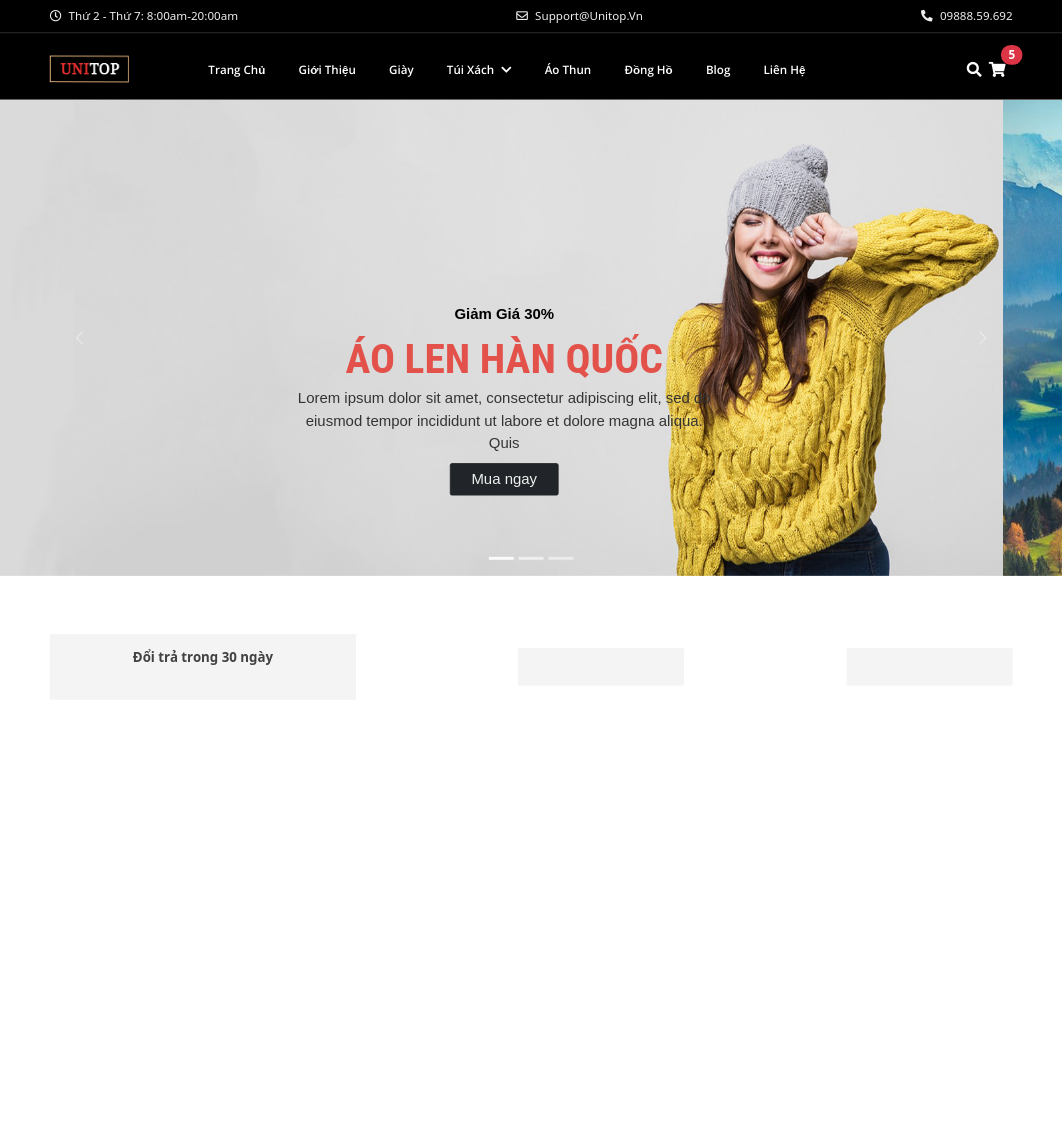
Repository: vinhtk0209/clothes-shop
Page: index.html
The author's editor kept a copy of each file at every save. The page is drawn from the files as they stood at one save, then again after the next save.
The browser window is 1280 px wide. The pictures show the whole page, at 83% of full size.

Above is the page before, as saved 2021-10-04 17:17:42.

### index.html
<!DOCTYPE html>
<html lang="en">
  <head>
    <meta charset="UTF-8" />
    <meta http-equiv="X-UA-Compatible" content="IE=edge" />
    <meta name="viewport" content="width=device-width, initial-scale=1.0" />
    <title>UNI-SHOP</title>
    <link rel="stylesheet" href="assets/css/reset.css" />
    <link rel="stylesheet" href="assets/fontawesome/css/all.css" />
    <link rel="stylesheet" href=" assets/boostrap/css/bootstrap.min.css" />
    <link rel="preconnect" href="https://fonts.googleapis.com" />
    <link rel="preconnect" href="https://fonts.gstatic.com" crossorigin />
    <link
      href="https://fonts.googleapis.com/css2?family=Open+Sans:wght@400;600;700&display=swap"
      rel="stylesheet"
    />
    <script src="assets/js/jquery.min.js"></script>
    <link rel="stylesheet" href="assets/css/main.css" />
  </head>
  <body>
    <div id="wrapper">
      <div id="header">

          <div class="header-info">
            <div class="container-1160">
            <ul
              class="
                list-info list-unstyled
                d-flex
                justify-content-between
                align-items-center
              "
            >
              <li>
                <p class="header-descr time-contact">
                  <span class="icon-time">
                    <!-- icon time -->
                    <i class="far fa-clock"></i>
                  </span>
                  <span class="descr-time ps-2 descr"
                    >thứ 2 - thứ 7: 8:00am-20:00am</span
                  >
                </p>
              </li>
              <li>
                <p class="header-descr email-contact">
                  <span class="icon-email">
                    <!-- icon email -->
                    <i class="far fa-envelope"></i>
                  </span>
                  <span class="descr-email ps-2 descr"> support@unitop.vn </span>
                </p>
              </li>
              <li>
                <p class="header-descr phone-number">
                  <span class="icon-phone">
                    <!-- icon phone -->
                    <i class="fas fa-phone-alt"></i>
                  </span>
                  <span class="descr-phone ps-2 descr"> 09888.59.692 </span>
                </p>
              </li>
            </ul>
          </div>
          </div>
          <!-- END HEADER-INFO -->
          <div
            class="header-menu d-flex align-items-center container-1160"

          >

            <div class="header-menu-logo mr-95">
              <a href="" class="logo-link">
                <img src="assets/images/logo.png" alt="logo" />
              </a>
            </div>
            <div class="header-menu-list ">
              <ul
                class="
                  list-menu
                  d-flex

                  align-items-center list-unstyled
                "
              >
                <li>
                  <a href="" class="list-name text-decoration-none">Trang chủ</a>
                </li>
                <li>
                  <a href="" class="list-name text-decoration-none">Giới thiệu</a>
                </li>
                <li>
                  <a href="" class="list-name text-decoration-none">Giày</a>
                </li>
                <li class="position-relative list-product">
                  <a href="" class="list-name text-decoration-none "
                    >Túi xách
                    <span class="icon-arrow-down ps-2">
                      <!-- icon arrow down -->
                      <i class="fas fa-chevron-down"></i>
                    </span></a
                  >

                  <ul class="sub-menu list-unstyled position-absolute  bg-submenu ">

                    <li>
                      <a href="" class="text-decoration-none color-submenu ">
                        túi xách tay nữ
                      </a>
                    </li>
                    <li>
                      <a href="" class="text-decoration-none  color-submenu">
                        túi đeo chéo nữ
                      </a>
                    </li>
                    <li>
                      <a href="" class="text-decoration-none color-submenu">
                        túi bản to
                      </a>
                    </li>
                    <li>
                      <a href="" class="text-decoration-none color-submenu">
                        túi đeo vai
                      </a>
                    </li>
                  </ul>
                </li>
                <li>
                  <a href="" class="list-name text-decoration-none">áo thun</a>
                </li>
                <li>
                  <a href="" class="list-name text-decoration-none">đồng hồ</a>
                </li>
                <li>
                  <a href="" class="list-name text-decoration-none">blog</a>
                </li>
                <li>
                  <a href="" class="list-name text-decoration-none">liên hệ</a>
                </li>
              </ul>
            </div>
            <!-- END MENU-LIST -->
            <div
              class="
                header-menu-function
                d-flex
                justify-content-between
                align-items-center
                ms-auto
              "
            >
              <div class="icon-search text-white ">
                <span class="search fs-18">
                  <!-- icon search -->
                  <span><i class="fas fa-search"></i></span>
                </span>
              </div>
              <div class="icon-cart">
                <a
                  href=""
                  class="btn text-white position-relative"
                >
                  <span class="fs-18">
                    <!-- icon cart  -->
                    <i class="fas fa-shopping-cart"></i>
                  </span>
                  <span
                    class="
                      position-absolute
                      top-0
                      start-100
                      translate-middle
                      badge
                      rounded-pill
                      bg-danger
                      fs-14
                    "
                  >
                    5
                  </span>
                </a>
              </div>
            </div>
          </div>
          <!-- END HEADER MENU -->
        </div>
      </div>
      <div id="slide" class="slide">
        <div id="carouselExampleIndicators" class="carousel slide" data-bs-ride="carousel">
          <div class="carousel-indicators">
            <button type="button" data-bs-target="#carouselExampleIndicators" data-bs-slide-to="0" class="active bg-btn-slide" aria-current="true" aria-label="Slide 1"></button>
            <button type="button" data-bs-target="#carouselExampleIndicators" data-bs-slide-to="1" aria-label="Slide 2 "
            class="bg-btn-slide"></button>
            <button type="button" data-bs-target="#carouselExampleIndicators" data-bs-slide-to="2" aria-label="Slide 3"
            class="bg-btn-slide"></button>
          </div>
          <div class="carousel-inner">
            <div class="carousel-item active">
              <img src="assets/images/slide-1.png" class="d-block w-100" alt="...">
            </div>
            <div class="carousel-item">
              <img src="assets/images/slide-2.jpg" class="d-block w-100" alt="...">
            </div>
            <div class="carousel-item">
              <img src="assets/images/slide-3.png" class="d-block w-100" alt="...">
            </div>
          </div>
          <button class="carousel-control-prev" type="button" data-bs-target="#carouselExampleIndicators" data-bs-slide="prev">
            <span class="carousel-control-prev-icon" aria-hidden="true"></span>
            <span class="visually-hidden">Previous</span>
          </button>
          <button class="carousel-control-next" type="button" data-bs-target="#carouselExampleIndicators" data-bs-slide="next">
            <span class="carousel-control-next-icon" aria-hidden="true"></span>
            <span class="visually-hidden">Next</span>
          </button>
        </div>
        <!-- CARD INFO -->
          <div class="card-img-overlay card-descr text-center">
            <p class="discount fs-18 fw-bold color-p-card-discount">Giảm Giá 30%</p>
            <h4 class="product-name fw-bold">
              ÁO LEN HÀN QUỐC
            </h4>
            <p class="descr fs-18 color-p-card-descr fw-regular   ">
              Lorem ipsum dolor sit amet, consectetur adipiscing elit, sed do eiusmod tempor incididunt ut labore et dolore magna aliqua. Quis
            </p>
            <button type="button" class="btn btn-dark btn-buynow fs-18 text-button fw-regular pd-btn">Mua ngay</button>
          </div>
      </div>
      <!-- END SLIDE -->
      <div id="special-offer " class="special-offer">
        <div class="container-1160 d-flex justify-content-between align-items-center">
          <div class="return-time box-offer">
            <span class="icon-return-time d-block">
              <!-- icon return  -->
            </span>
            <p class="special__offer--descr ">
              Đổi trả trong 30 ngày
            </p>
          </div>
          <!-- END RETURN TIME -->
          <div class="special__offer--support-phone box-offer">

          </div>
          <!-- END SUPPORT PHONE -->
          <div class="special__offer--freeship box-offer">

          </div>
          <!-- END FREESHIP -->
        </div>
      </div>
      <!-- END SPECIAL OFFER -->
      <!-- END HEADER -->
      <div id="content">

      </div>
      <!-- END CONTENT -->
      <div id="footer"></div>
      <!-- END FOOTER -->
    </div>
    <!-- END WRAPPER -->
    <script src="assets/js/bootstrap.bundle.min.js"></script>
    <script src="assets/js/popper.min.js"></script>
  </body>
</html>

### assets/css/reset.css
/*
 * Bootstrap Reboot v4.3.1 (https://getbootstrap.com/)
 * Copyright 2011-2019 The Bootstrap Authors
 * Copyright 2011-2019 Twitter, Inc.
 * Licensed under MIT (https://github.com/twbs/bootstrap/blob/master/LICENSE)
 * Forked from Normalize.css, licensed MIT (https://github.com/necolas/normalize.css/blob/master/LICENSE.md)
 */

*,
*::before,
*::after {
    box-sizing: border-box;
}

html {
    font-family: sans-serif;
    line-height: 1.15;
    -webkit-text-size-adjust: 100%;
    -webkit-tap-highlight-color: rgba(0, 0, 0, 0);
}

article,
aside,
figcaption,
figure,
footer,
header,
hgroup,
main,
nav,
section {
    display: block;
}

body {
    margin: 0;
    font-family: -apple-system, BlinkMacSystemFont, "Segoe UI", Roboto, "Helvetica Neue", Arial, "Noto Sans", sans-serif, "Apple Color Emoji", "Segoe UI Emoji", "Segoe UI Symbol", "Noto Color Emoji";
    font-size: 1rem;
    font-weight: 400;
    line-height: 1.5;
    color: #212529;
    text-align: left;
    background-color: #fff;
}

[tabindex="-1"]:focus {
    outline: 0 !important;
}

hr {
    box-sizing: content-box;
    height: 0;
    overflow: visible;
}

h1,
h2,
h3,
h4,
h5,
h6 {
    margin-top: 0;
    margin-bottom: 0.5rem;
}

p {
    margin-top: 0;
    margin-bottom: 1rem;
}

abbr[title],
abbr[data-original-title] {
    text-decoration: underline;
    -webkit-text-decoration: underline dotted;
    text-decoration: underline dotted;
    cursor: help;
    border-bottom: 0;
    -webkit-text-decoration-skip-ink: none;
    text-decoration-skip-ink: none;
}

address {
    margin-bottom: 1rem;
    font-style: normal;
    line-height: inherit;
}

ol,
ul,
dl {
    margin-top: 0;
    margin-bottom: 1rem;
}

ol ol,
ul ul,
ol ul,
ul ol {
    margin-bottom: 0;
}

dt {
    font-weight: 700;
}

dd {
    margin-bottom: .5rem;
    margin-left: 0;
}

blockquote {
    margin: 0 0 1rem;
}

b,
strong {
    font-weight: bolder;
}

small {
    font-size: 80%;
}

sub,
sup {
    position: relative;
    font-size: 75%;
    line-height: 0;
    vertical-align: baseline;
}

sub {
    bottom: -.25em;
}

sup {
    top: -.5em;
}

a {
    color: #007bff;
    text-decoration: none;
    background-color: transparent;
}

a:hover {
    color: #0056b3;
    text-decoration: underline;
}

a:not([href]):not([tabindex]) {
    color: inherit;
    text-decoration: none;
}

a:not([href]):not([tabindex]):hover,
a:not([href]):not([tabindex]):focus {
    color: inherit;
    text-decoration: none;
}

a:not([href]):not([tabindex]):focus {
    outline: 0;
}

pre,
code,
kbd,
samp {
    font-family: SFMono-Regular, Menlo, Monaco, Consolas, "Liberation Mono", "Courier New", monospace;
    font-size: 1em;
}

pre {
    margin-top: 0;
    margin-bottom: 1rem;
    overflow: auto;
}

figure {
    margin: 0 0 1rem;
}

img {
    vertical-align: middle;
    border-style: none;
}

svg {
    overflow: hidden;
    vertical-align: middle;
}

table {
    border-collapse: collapse;
}

caption {
    padding-top: 0.75rem;
    padding-bottom: 0.75rem;
    color: #6c757d;
    text-align: left;
    caption-side: bottom;
}

th {
    text-align: inherit;
}

label {
    display: inline-block;
    margin-bottom: 0.5rem;
}

button {
    border-radius: 0;
}

button:focus {
    outline: 1px dotted;
    outline: 5px auto -webkit-focus-ring-color;
}

input,
button,
select,
optgroup,
textarea {
    margin: 0;
    font-family: inherit;
    font-size: inherit;
    line-height: inherit;
}

button,
input {
    overflow: visible;
}

button,
select {
    text-transform: none;
}

select {
    word-wrap: normal;
}

button,
[type="button"],
[type="reset"],
[type="submit"] {
    -webkit-appearance: button;
}

button:not(:disabled),
[type="button"]:not(:disabled),
[type="reset"]:not(:disabled),
[type="submit"]:not(:disabled) {
    cursor: pointer;
}

button::-moz-focus-inner,
[type="button"]::-moz-focus-inner,
[type="reset"]::-moz-focus-inner,
[type="submit"]::-moz-focus-inner {
    padding: 0;
    border-style: none;
}

input[type="radio"],
input[type="checkbox"] {
    box-sizing: border-box;
    padding: 0;
}

input[type="date"],
input[type="time"],
input[type="datetime-local"],
input[type="month"] {
    -webkit-appearance: listbox;
}

textarea {
    overflow: auto;
    resize: vertical;
}

fieldset {
    min-width: 0;
    padding: 0;
    margin: 0;
    border: 0;
}

legend {
    display: block;
    width: 100%;
    max-width: 100%;
    padding: 0;
    margin-bottom: .5rem;
    font-size: 1.5rem;
    line-height: inherit;
    color: inherit;
    white-space: normal;
}

progress {
    vertical-align: baseline;
}

[type="number"]::-webkit-inner-spin-button,
[type="number"]::-webkit-outer-spin-button {
    height: auto;
}

[type="search"] {
    outline-offset: -2px;
    -webkit-appearance: none;
}

[type="search"]::-webkit-search-decoration {
    -webkit-appearance: none;
}

::-webkit-file-upload-button {
    font: inherit;
    -webkit-appearance: button;
}

output {
    display: inline-block;
}

summary {
    display: list-item;
    cursor: pointer;
}

template {
    display: none;
}

[hidden] {
    display: none !important;
}


/*# sourceMappingURL=bootstrap-reboot.css.map */

### assets/css/main.css
* {
    margin: 0;
    padding: 0;
    box-sizing: inherit;
}
html{
    font-family: 'Open Sans', sans-serif;
    font-size: 62.5%;
    line-height: 1.5;
    box-sizing: border-box;
}
.container-1160 {
    width: 1160px;
    margin:0px auto;
}
ul{
    margin: 0;
    padding: 0;
}
.mr-95{
    margin-right:95px;
}
.outline-none{
    outline: none!important;
}
.fs-14{
    font-size: 14px;
}
.fs-18{
    font-size: 18px;
}
.bg-submenu{
    background-color: #f9f9f9;
}
.color-submenu{
    color: #5c5b5b ;
}
.color-p-card-discount{
    color:#000000;
}
.color-p-card-descr{
    color:#343434;
}
.text-button{
    color:#efefef;
}
.fw-regular{
    font-weight: 400;
}
.pd-btn{
    padding:5px 25px;
}
.bg-btn-slide:hover{
    background-color: #e2524a!important ;
}
.fw-semibold{
    font-weight: 600;
}
/* =========================== HEADER ===========================*/
#header {
    min-height: 120px;
    background-color: #000000;
    padding: 8px 0px 0px 0px;
    text-transform: capitalize;
}
.header-info{

    color:#eeeeee;
    font-weight: 400 ;
    font-size: 1.4rem;
    border-bottom:1px solid #363636;
    margin-bottom: 25px;
}

.header-menu-list ul.list-menu > li + li{
    padding-left:40px;

}
.header-menu-list ul li a.list-name{
    font-size: 1.4rem;
    color:#ffffff;
    font-weight:600 ;
    font-family: 'Open Sans', sans-serif;
    transition: all 0.5s ease-in-out;
}
.header-menu-list ul li a.list-name:hover{
    color:#e2524a ;
}
ul.list-menu li:hover>ul.sub-menu{
    opacity: 1;
    visibility: visible;
    z-index: 9999;
}
ul.sub-menu {
   /* padding:0px; */
   min-width: 200px;
   min-height: 133px;
   padding:18px 0 20px 0;
   box-sizing: border-box;
   top:50px;
   opacity: 0;
   visibility: hidden;
   transition: all 0.5s ease-in-out;

}

ul.sub-menu li{
    padding-left:25px;
    /* chinh lai padding  */
}
ul.sub-menu li a{
    font-family: 'Roboto Condensed', sans-serif;
    display: block;
    font-weight: 400;
    font-size: 1.4rem;
    margin-bottom: 10px;
    transition: all 0.5s ease-in-out;
}

ul.sub-menu li a:hover{
    color:#e2524a ;
}

/* ======================= END HEADER =======================*/

/* ======================= SLIDER =======================*/
.slide{
    /* height:700px; */
    position: relative;
    margin-bottom: 70px;
}
.card-descr{
    position: absolute;
    top:235px;
    left:340px;
    max-width:535px;
    min-height:285px;
    font-family: "Myriad Pro", sans-serif;
}

.card-descr h4.product-name{
    font-size: 5rem;
    font-family: 'Roboto Condensed', sans-serif;
    color:#e2524a;
}
/* ======================= END SLIDER =======================*/

/* ======================= SPECIAL OFFER =======================*/
.special-offer{
    height:600px;
}
.box-offer{
    background-color: #f4f4f4;
    padding:  15px  100px  30px 100px ;
    font-size: 1.6rem;
    color:#434141;
    font-weight: 600;
}
.box-offer:hover{
    color:#e2524a;

}

Loaded but not shown: assets/fontawesome/css/all.css (library); assets/boostrap/css/bootstrap.min.css (library); assets/js/jquery.min.js (library); assets/js/bootstrap.bundle.min.js (library); assets/js/popper.min.js (library)

After the next save:
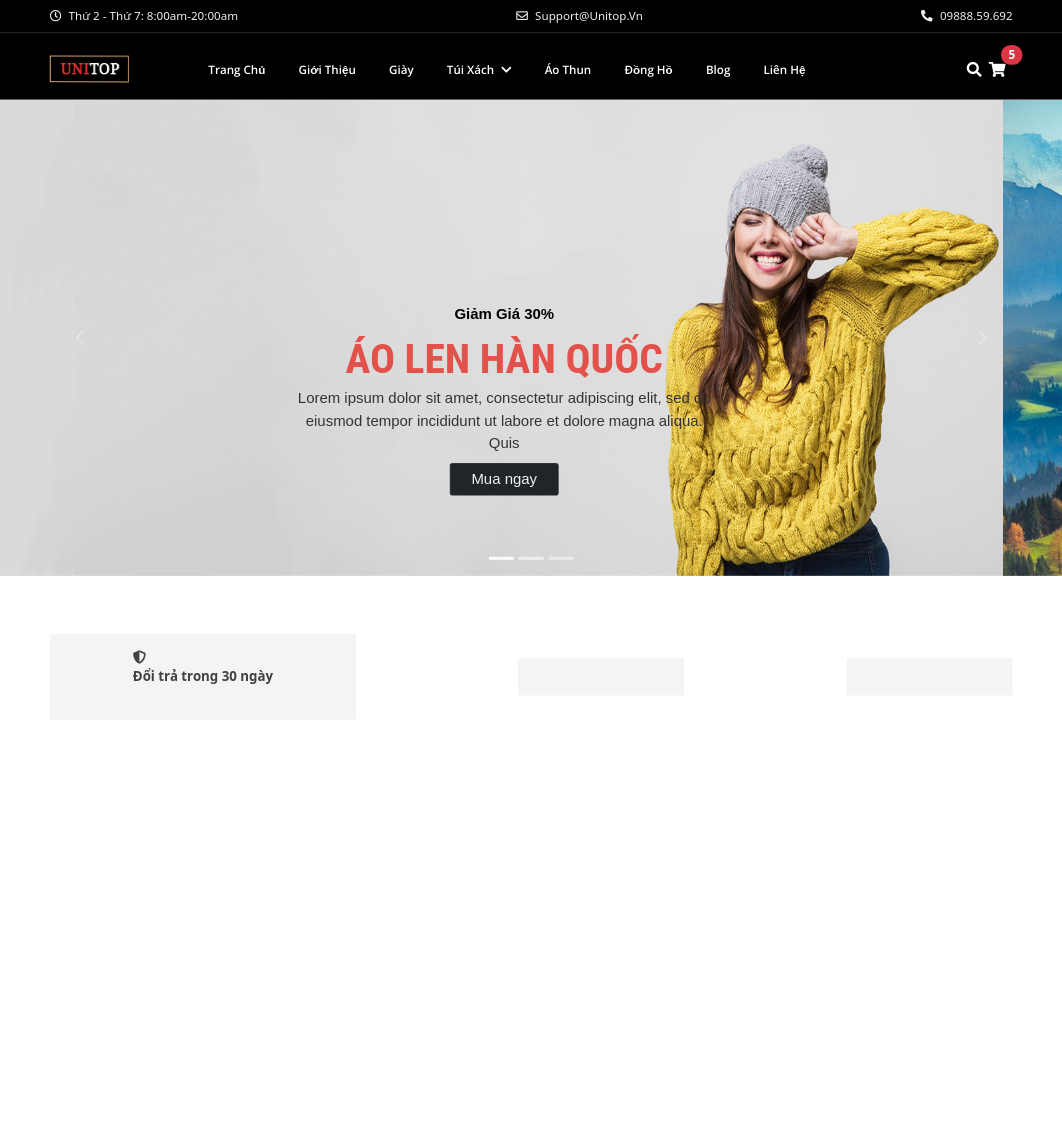
Saved 64 s later.
--- a/index.html
+++ b/index.html
@@ -232,6 +232,7 @@
           <div class="return-time box-offer">
             <span class="icon-return-time d-block">
               <!-- icon return  -->
+              <i class="fas fa-shield-alt"></i>
             </span>
             <p class="special__offer--descr ">
               Đổi trả trong 30 ngày
